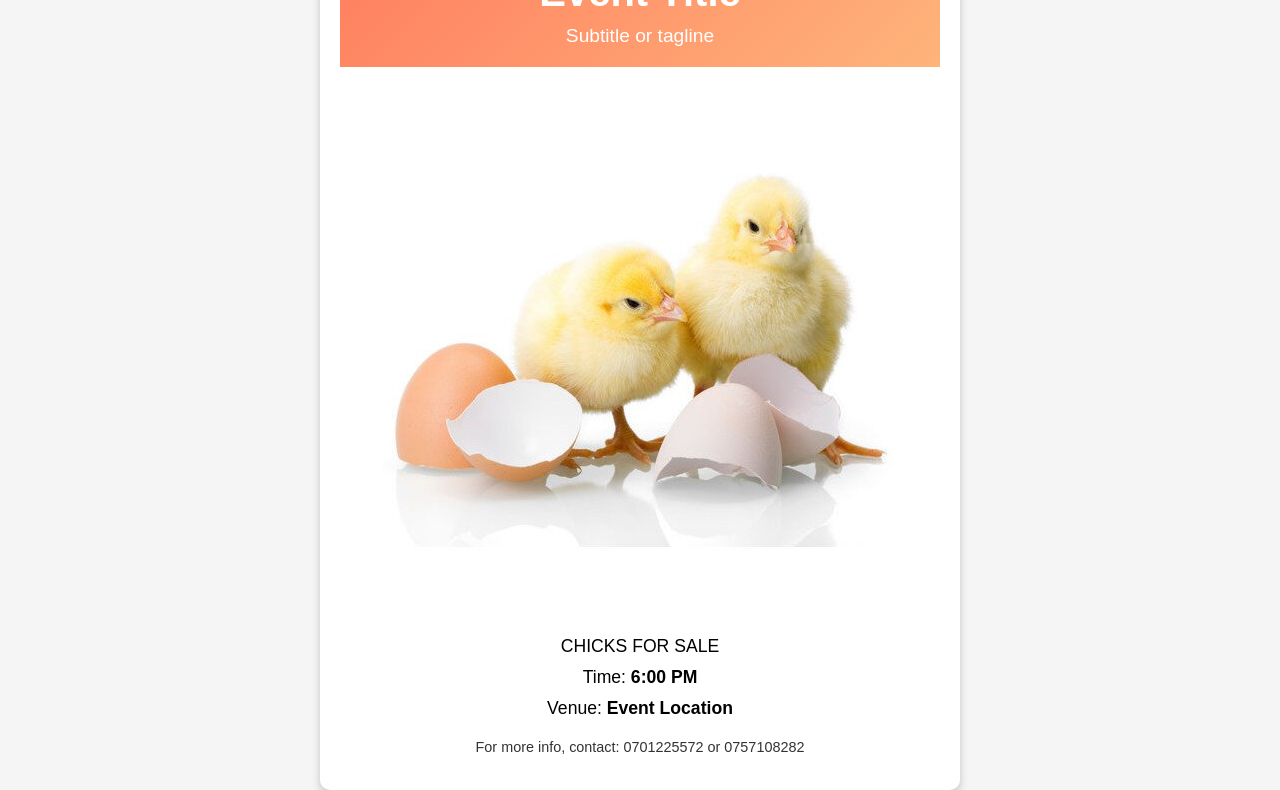
Repository: JOEL-GAYE/Animation-nav
Page: solution/poster/index.html
The author's editor kept a copy of each file at every save. The page is drawn from the files as they stood at one save, then again after the next save.
The browser window is 1280 px wide. The pictures show the whole page.

Above is the page before, as saved 2024-11-16 16:45:43.

### solution/poster/index.html
<!DOCTYPE html>
<html lang="en">
<head>
  <meta charset="UTF-8">
  <meta name="viewport" content="width=device-width, initial-scale=1.0">
  <title>Poster</title>
  <link rel="stylesheet" href="index.css">
</head>
<body>
  <div class="poster">
    <header>
      <h1>Event Title</h1>
      <p class="subtitle">Subtitle or tagline</p>
    </header>
    <section class="main-content">
      <img src="./assests/ndogo.jpg" alt="Event Image">
      <p>CHICKS FOR SALE</p>
      <p>Time: <strong>6:00 PM</strong></p>
      <p>Venue: <strong>Event Location</strong></p>
    </section>
    <footer>
      <p>For more info, contact: 0701225572 or 0757108282 </p>
    </footer>
  </div>
</body>
</html>

### solution/poster/index.css
/* General Reset */
body {
    margin: 0;
    font-family: Arial, sans-serif;
    background: #f5f5f5;
    display: flex;
    justify-content: center;
    align-items: center;
    height: 100vh;
  }

  .poster {
    background: #ffffff;
    width: 80%;
    max-width: 600px;
    border-radius: 10px;
    box-shadow: 0 4px 8px rgba(0, 0, 0, 0.2);
    padding: 20px;
    text-align: center;
  }

  /* Header */
  header {
    background: linear-gradient(135deg, #ff7e5f, #feb47b);
    color: #ffffff;
    padding: 20px;
    border-radius: 10px 10px 0 0;
  }

  header h1 {
    margin: 0;
    font-size: 2.5em;
  }

  header .subtitle {
    margin: 10px 0 0;
    font-size: 1.2em;
  }

  /* Main Content */
  .main-content {
    margin: 20px 0;
  }

  .main-content img {
    max-width: 100%;
    border-radius: 10px;
    margin-bottom: 20px;
  }

  .main-content p {
    margin: 10px 0;
    font-size: 1.1em;
  }

  /* Footer */
  footer {
    margin-top: 20px;
    font-size: 0.9em;
    color: #333;
  }

  footer a {
    color: #ff7e5f;
    text-decoration: none;
  }

  footer a:hover {
    text-decoration: underline;
  }

After the next save:
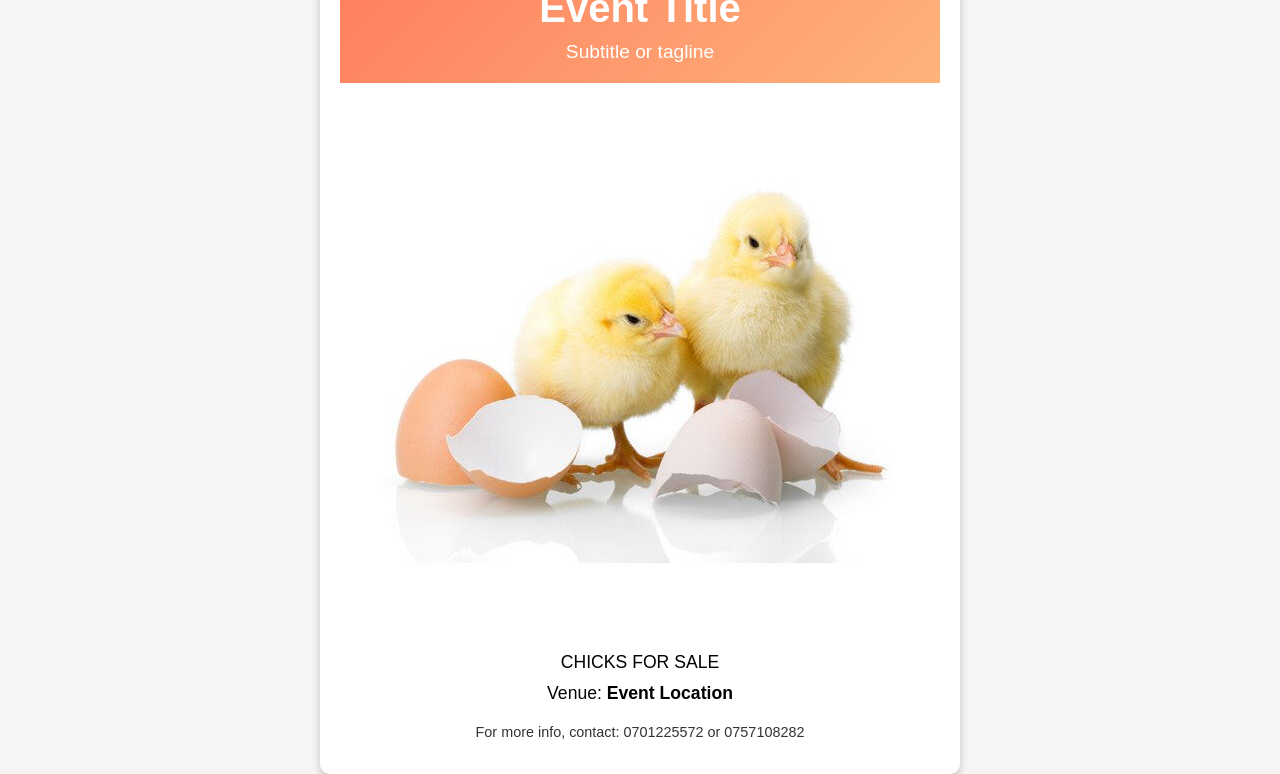
Saved 15 s later.
--- a/solution/poster/index.html
+++ b/solution/poster/index.html
@@ -15,7 +15,7 @@
     <section class="main-content">
       <img src="./assests/ndogo.jpg" alt="Event Image">
       <p>CHICKS FOR SALE</p>
-      <p>Time: <strong>6:00 PM</strong></p>
+      <p></p>
       <p>Venue: <strong>Event Location</strong></p>
     </section>
     <footer>
